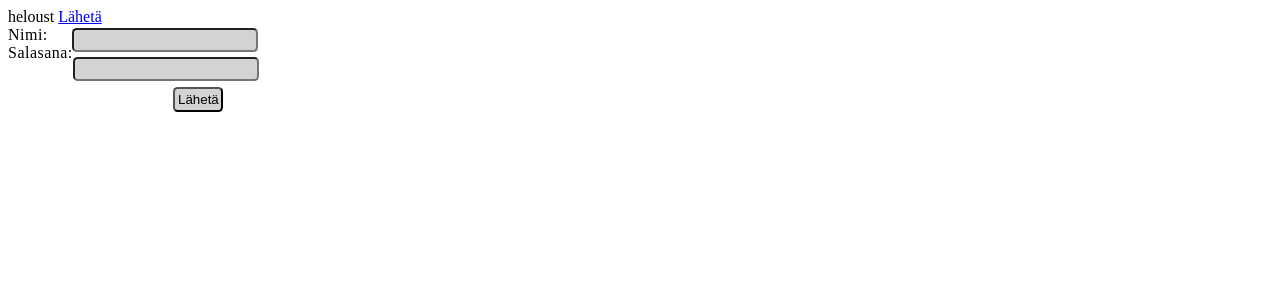
Repository: sirkian/ohj2-t4
Page: http://localhost/Kommunikaatio/
The author's editor kept a copy of each file at every save. The page is drawn from the files as they stood at one save, then again after the next save.
The browser window is 1280 px wide. The pictures show the whole page.
The page is served by Tomcat 9.

Above is the page before, as saved 2022-03-19 14:12:31.

### Kommunikaatio/src/main/webapp/index.jsp
<%@ page language="java" contentType="text/html; charset=ISO-8859-1"
    pageEncoding="ISO-8859-1"%>
<!DOCTYPE html>
<html>
<head>
<meta charset="ISO-8859-1">
<title>Insert title here</title>
<style>

input {
	background: lightgrey;
	border-radius:0.35em;
	padding: 0.2em;
	margin: 0.15em 0;
	position: absolute;
}
.nimi {
	left: 5.4em;
}
.pw {
	top: 4.1em;
}
.btn {
	top: 6.4em;
	left: 13em;
}
form {
	letter-spacing: 0.03em;
}
</style>
</head>
<body>
heloust
<a href="toka.jsp?nimi=jaska&ika=10">Lähetä</a>
<form action="kolmas.jsp" method="POST">
	Nimi: <input class="nimi" type="text" name="nimi"><br>
	Salasana: <input class="pw" type="password" name="pwd">
	<input class="btn" type="submit" value="Lähetä">
</form>
</body>
</html>

After the next save:
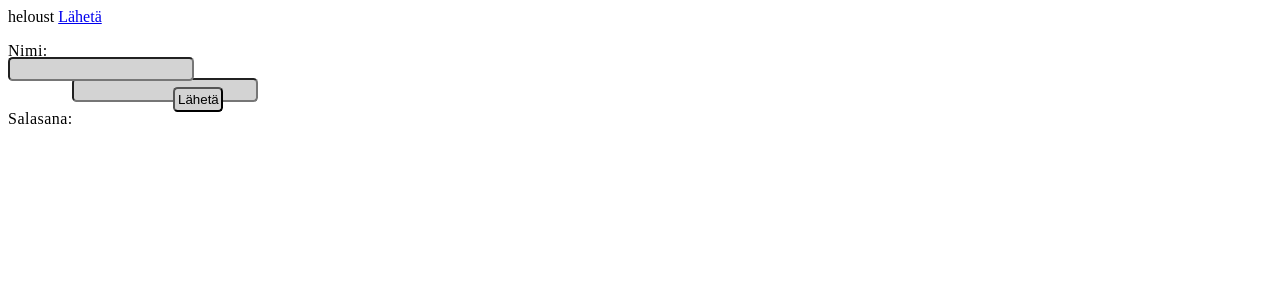
Saved 41 s later.
--- a/Kommunikaatio/src/main/webapp/index.jsp
+++ b/Kommunikaatio/src/main/webapp/index.jsp
@@ -33,8 +33,8 @@ form {
 heloust
 <a href="toka.jsp?nimi=jaska&ika=10">Lähetä</a>
 <form action="kolmas.jsp" method="POST">
-	Nimi: <input class="nimi" type="text" name="nimi"><br>
-	Salasana: <input class="pw" type="password" name="pwd">
+	<p>Nimi:</p> <input class="nimi" type="text" name="nimi"><br>
+	<p>Salasana:</p> <input class="pw" type="password" name="pwd">
 	<input class="btn" type="submit" value="Lähetä">
 </form>
 </body>
